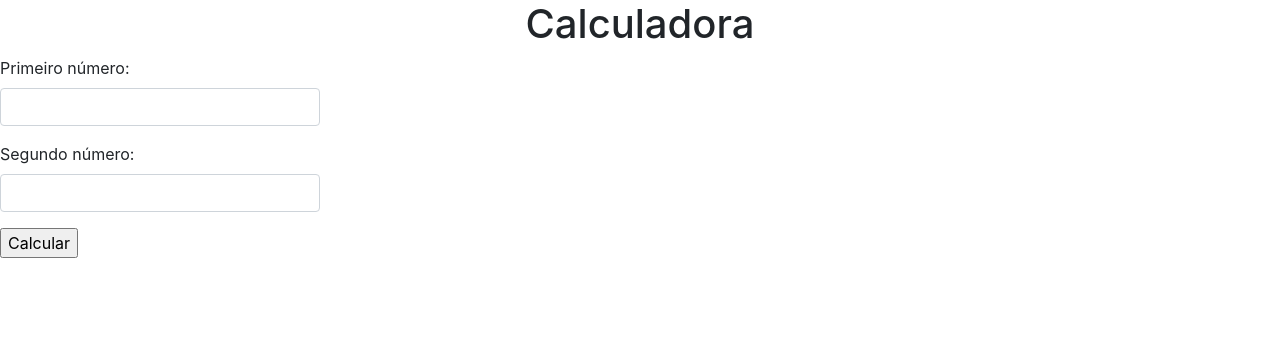
Repository: babirms/DAC
Page: Calculadora/WebContent/home.html
These files come from the project's save history. The page is drawn as it stood at one moment and after the next save; the edit follows.
The browser window is 1280 px wide. The pictures show the whole page.

Above is the page before, as saved 2020-09-20 22:35:24.
Console error (its wording comes from the project's code and is left out).

After the next save:
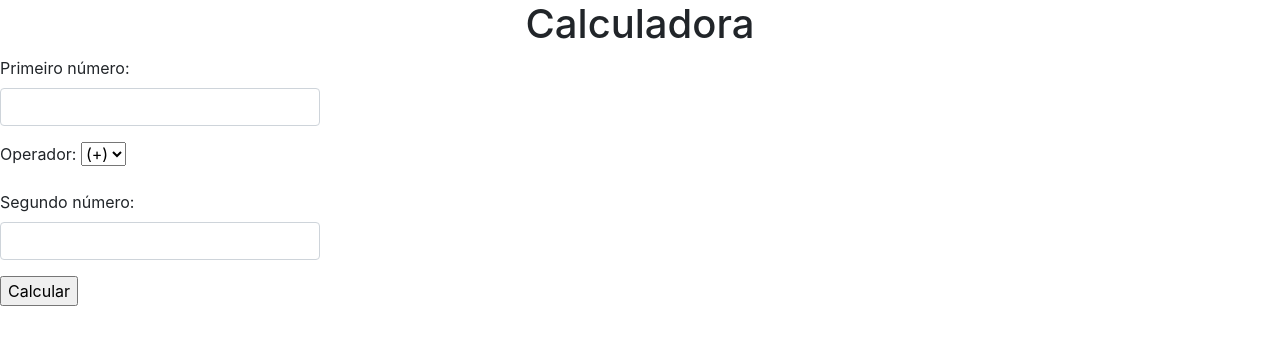
Saved 11 s later.
--- a/Calculadora/WebContent/home.html
+++ b/Calculadora/WebContent/home.html
@@ -18,6 +18,14 @@
 				id="primeiroNum ">
 		</div>
 		<div class="form-group">
+		<label>Operador: </label> <select name="operacao">
+			<option value="soma">(+)</option>
+			<option value="sub">(-)</option>
+			<option value="mul">(*)</option>
+			<option value="div">(/)</option>
+		</select>
+		</div>
+		<div class="form-group">
 			<label for="segundoNum">Segundo número: </label> <input
 				type="number" id="segundoNum" class="form-control col-sm-3"
 				name="segundoValue">
